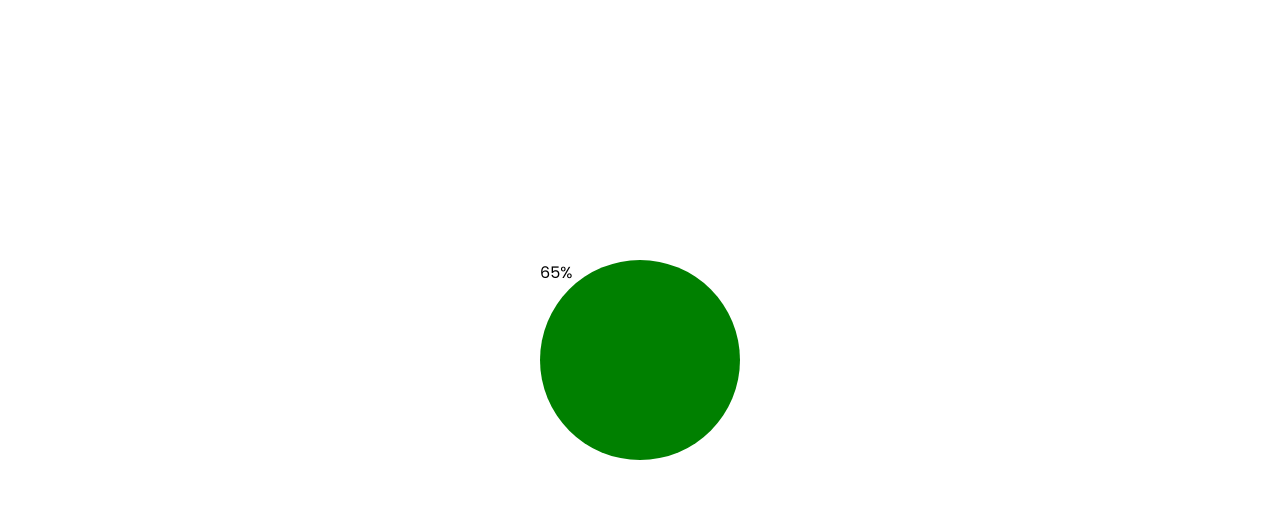
Repository: Ankitkr2021/Loader-Spinner
Page: index.html
These files come from the project's save history. The page is drawn as it stood at one moment and after the next save; the edit follows.
The browser window is 1280 px wide. The pictures show the whole page.

Above is the page before, as saved 2025-10-21 11:00:17.

After the next save:
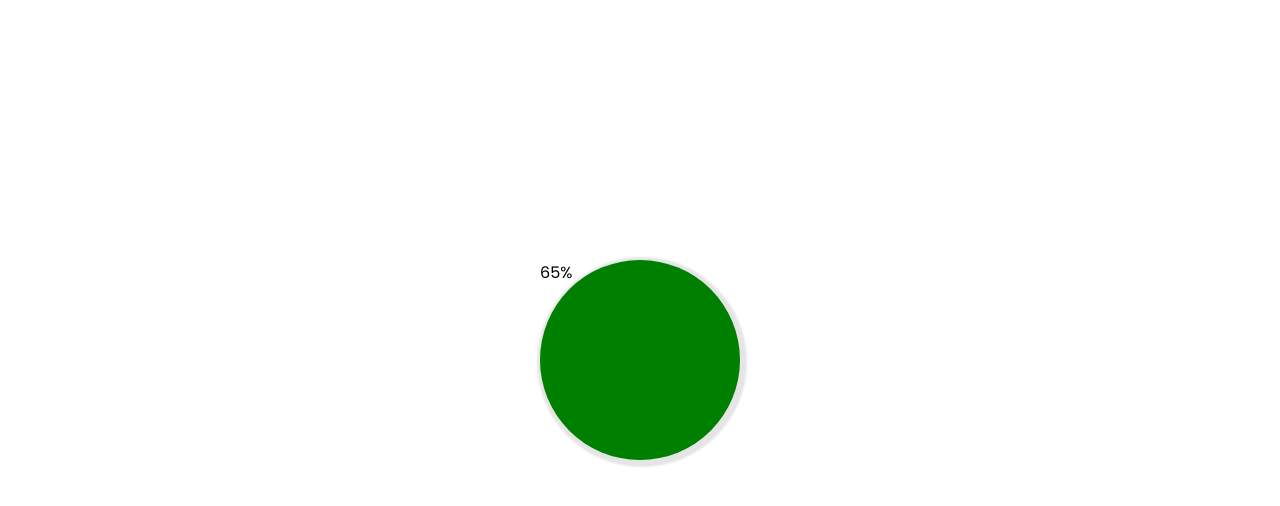
Saved 29 s later.
--- a/style.css
+++ b/style.css
@@ -20,5 +20,5 @@ body {
     width: 200px;
     height: 200px;
     border-radius: 50%;
-
+    box-shadow: 2px 2px 2px 5px rgba(0,0,0,0.1);
 }
